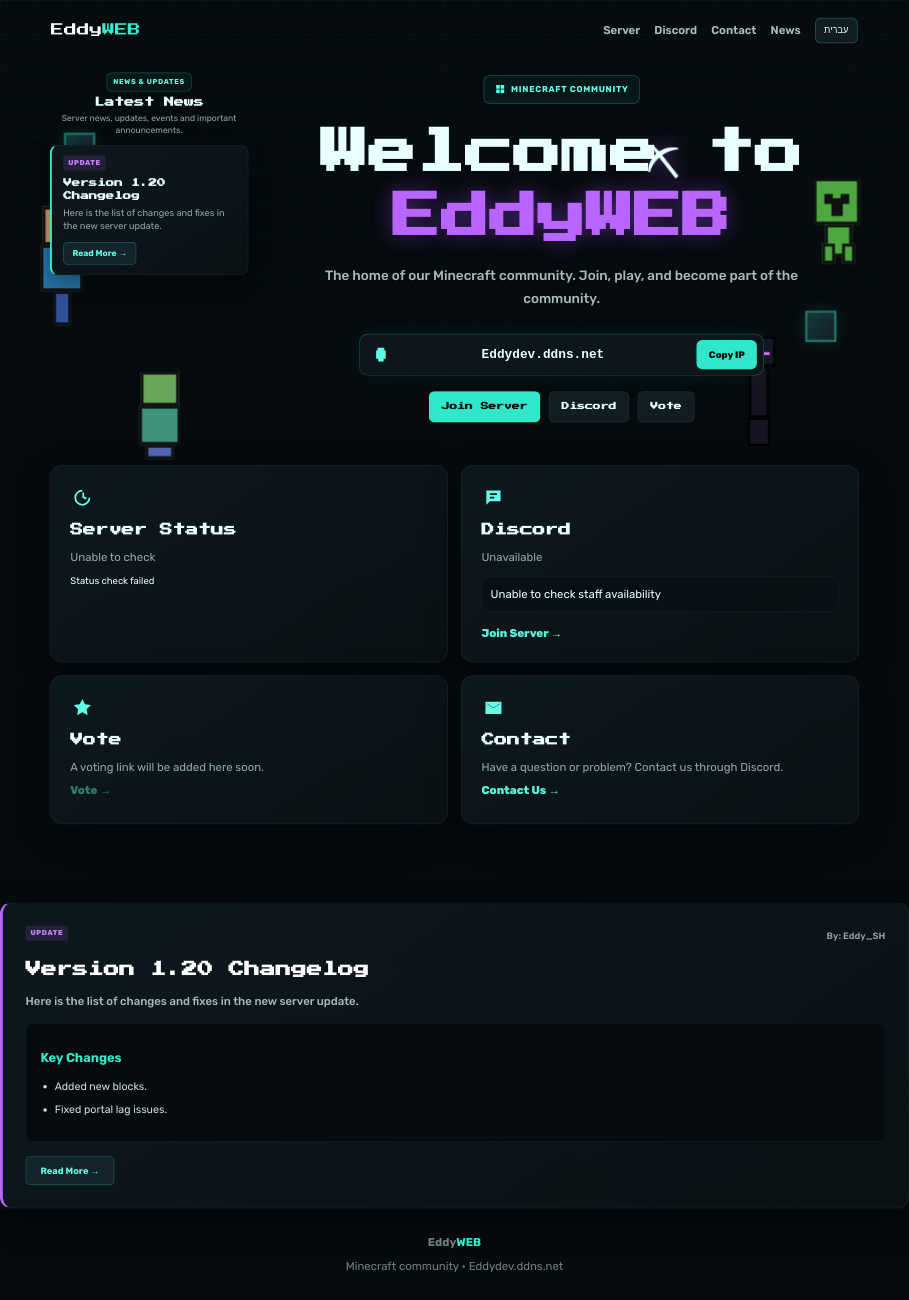
Repository: eddush/EddyWEB
Page: index.html
The author's editor kept a copy of each file at every save. The page is drawn from the files as they stood at one save, then again after a run of saves.
The browser window is 1280 px wide. The pictures show the whole page, at 71% of full size.
The page's requests for data from a server got no answer.

Above is the page before, as saved 2026-09-20 17:24:23.

After the next 3 saves:
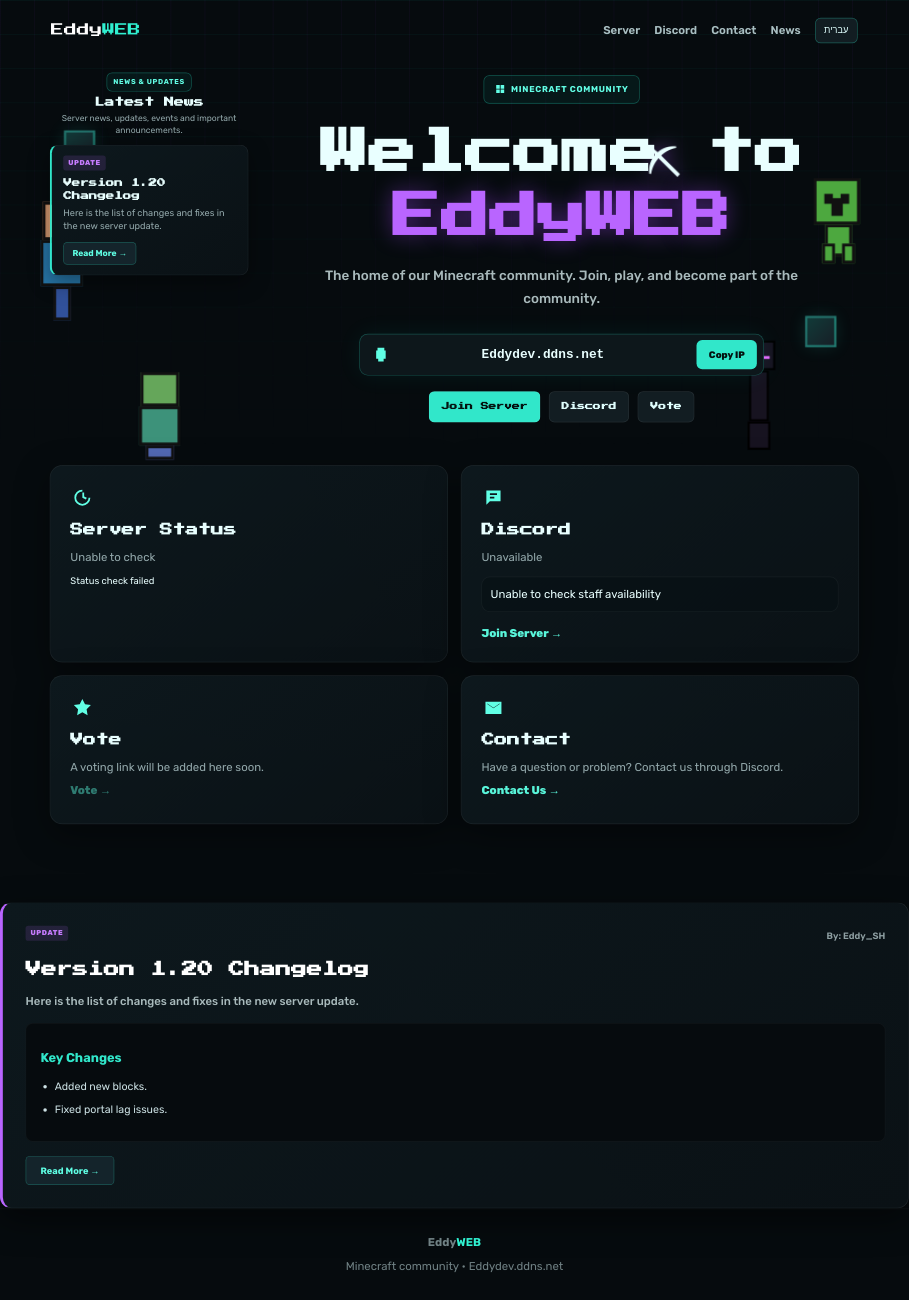
The 3 saves are shown as one change because they came seconds apart.
The last was saved 4 min 30 s later.
--- a/index.html
+++ b/index.html
@@ -138,6 +138,25 @@
   </footer>
 
   <script src="script.js"></script>
+
+
+  <script>
+    function reveal() {
+      var reveals = document.querySelectorAll(".reveal");
+      for (var i = 0; i < reveals.length; i++) {
+        var windowHeight = window.innerHeight;
+        var elementTop = reveals[i].getBoundingClientRect().top;
+        var elementVisible = 50; // המרחק מהתחתית שבו האנימציה תתחיל
+
+        if (elementTop < windowHeight - elementVisible) {
+          reveals[i].classList.add("active");
+        }
+      }
+    }
+    window.addEventListener("scroll", reveal);
+    reveal(); // הפעלה ראשונית בעת טעינת הדף
+  </script>
+
 </body>
 
 </html>
